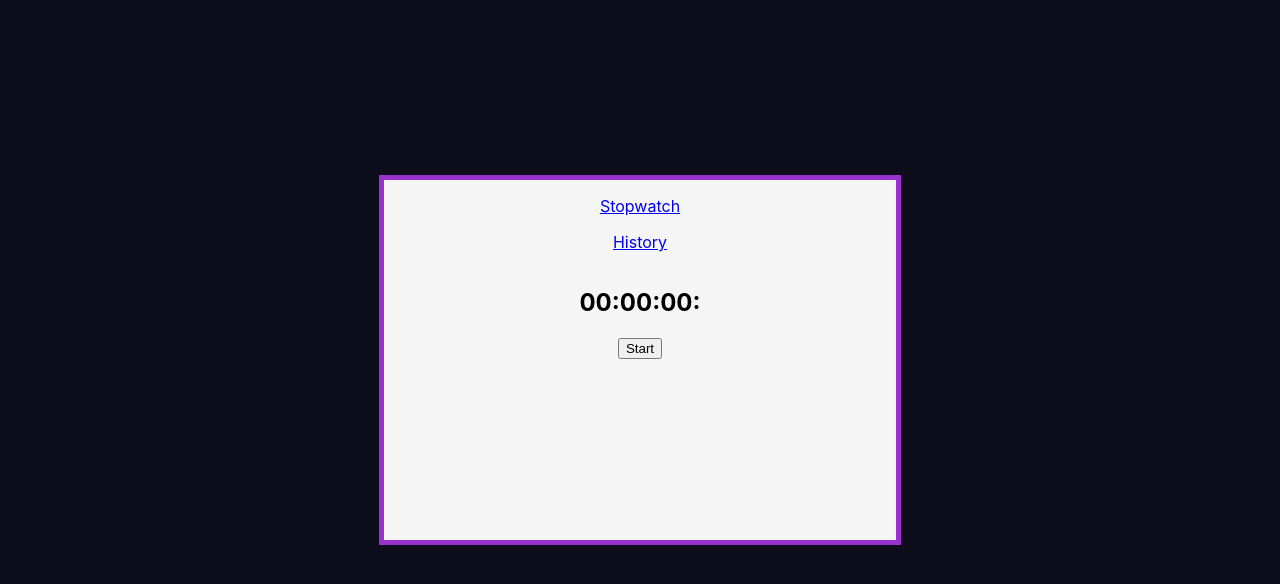
Repository: NicolasRSJ/fastdoubleclick
Page: /
The author's editor kept a copy of each file at every save. The page is drawn from the files as they stood at one save, then again after the next save.
The browser window is 1280 px wide. The pictures show the whole page.
The project was rebuilt for these pictures with package versions that can differ from the ones it lists, and the page was loaded fresh each time.

Above is the page before, as saved 2022-10-27 20:24:38.

After the next save:
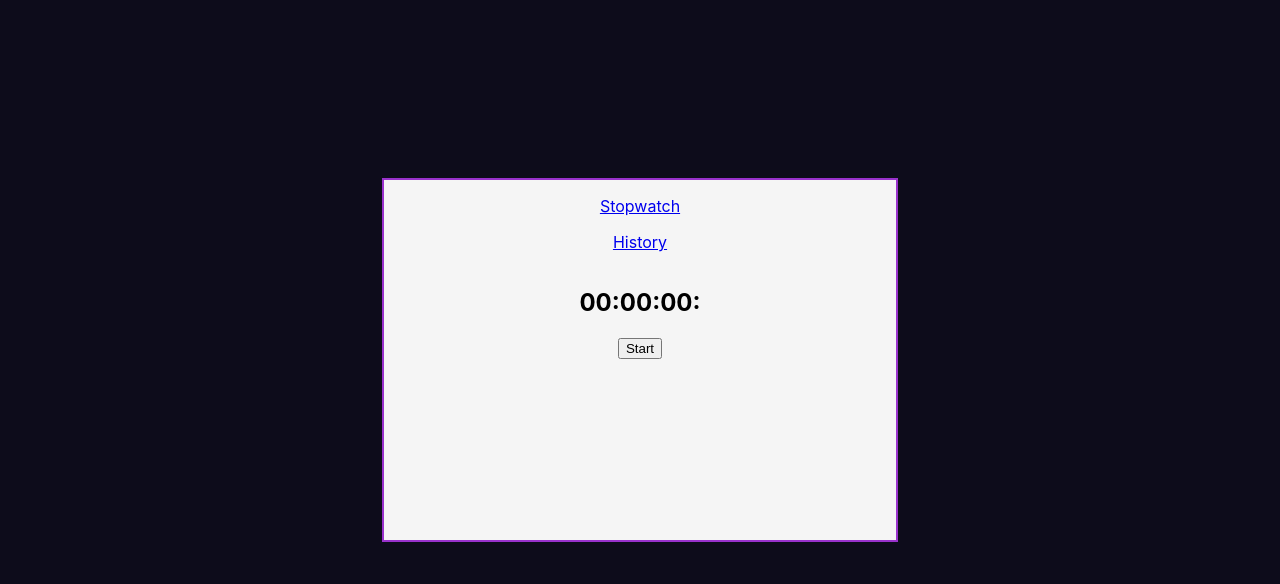
Saved 14 s later.
--- a/src/Views/Stopwatch/Index.css
+++ b/src/Views/Stopwatch/Index.css
@@ -4,5 +4,5 @@
     display: flex;
     flex-direction: column;
     background-color: whitesmoke;
-    border: 5px solid darkorchid;
+    border: 2px solid darkorchid;
 }
